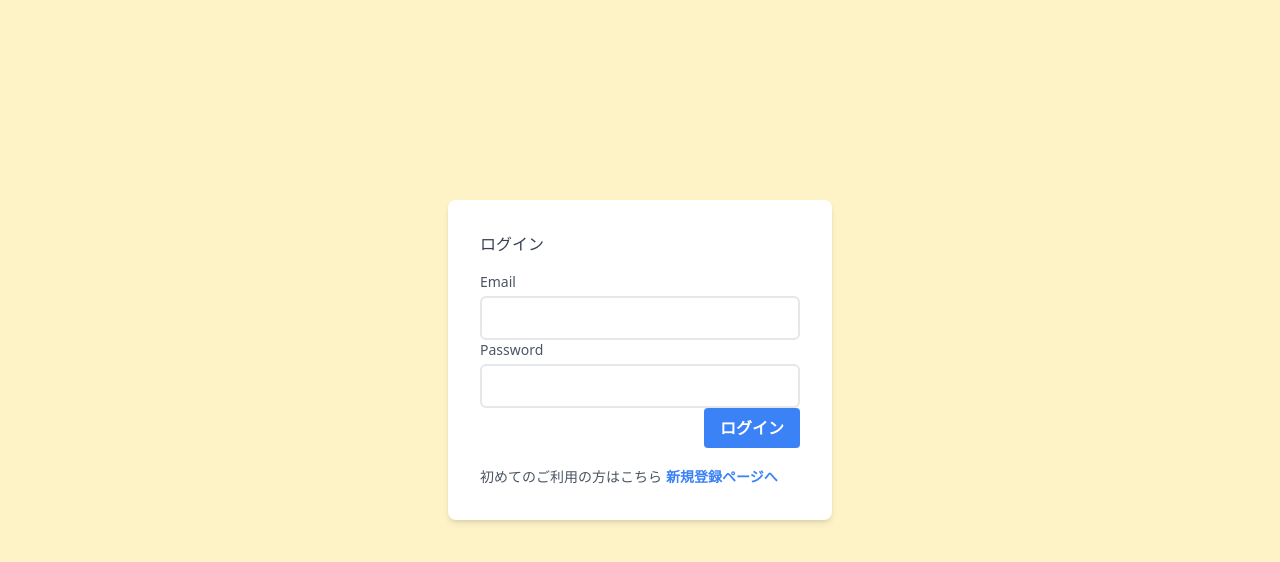
Repository: daidai0602/gs_kadai_js_sensyuken
Page: /auth/login
An editor plug-in stored every save of this project. The page is shown before and after a run of saves, followed by the edit.
The browser window is 1280 px wide. The pictures show the whole page.
The project was rebuilt for these pictures with package versions that can differ from the ones it lists, and the page was loaded fresh each time. The framework's server and built-in components were replaced by stand-ins that run in the browser. Also part of the build but not shown: next.config.js.

Above is the page before, as saved 2023-11-09 12:45:08.

After the next 2 saves:
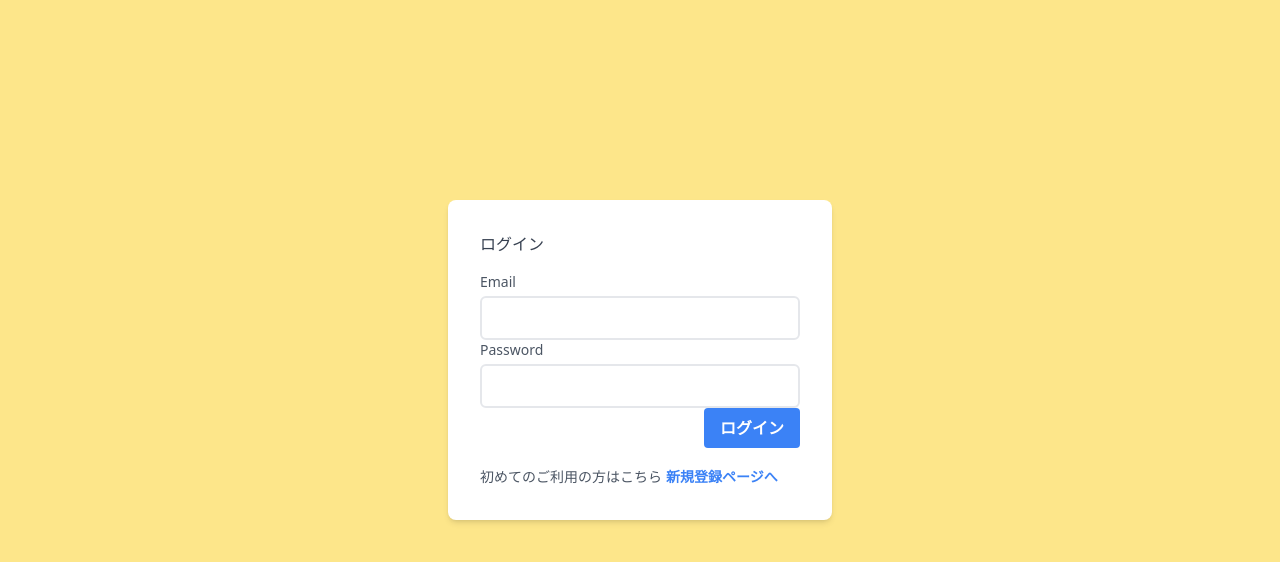
The 2 saves are shown as one change because they came seconds apart.
The last was saved 38 s later.
--- a/src/app/globals.css
+++ b/src/app/globals.css
@@ -3,5 +3,5 @@
 @tailwind utilities;
 
 body{
-  background-color: rgb(254 243 199);
+  background-color: rgb(253 230 138);
 }
